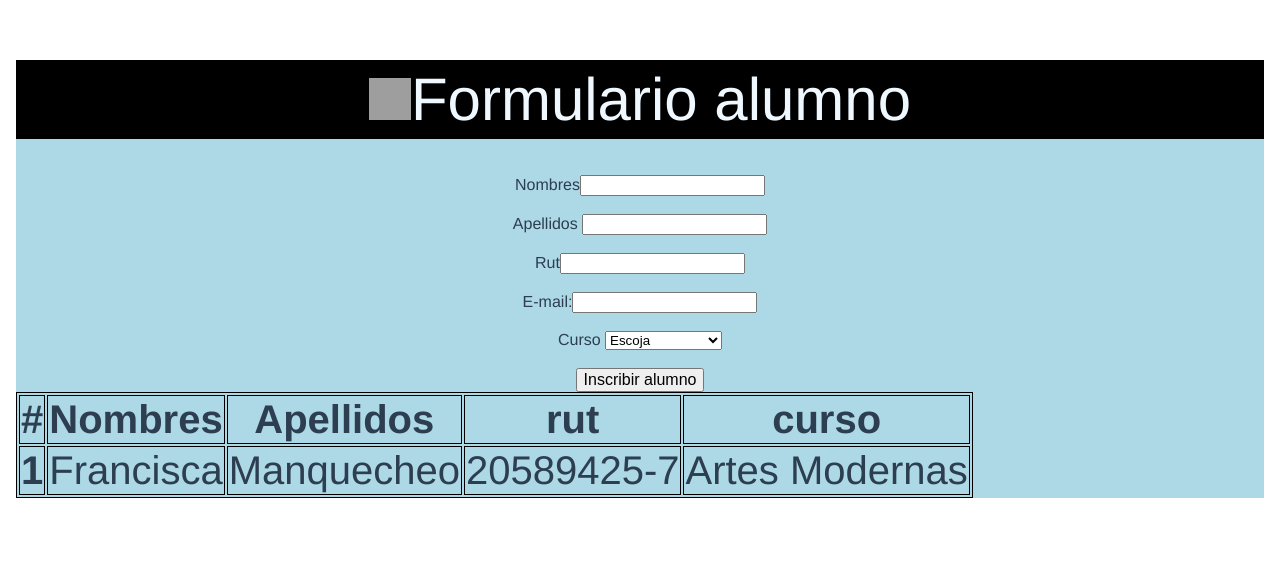
Repository: franciscamanquecheo/Tarea6ET
Page: / (app in my-project/)
The author's editor kept a copy of each file at every save. The page is drawn from the files as they stood at one save, then again after the next save.
The browser window is 1280 px wide. The pictures show the whole page.
Pictures or frames that could not be fetched are drawn as grey boxes. The project was rebuilt for these pictures with package versions that can differ from the ones it lists, and the page was loaded fresh each time. Also part of the build but not shown: my-project/vue.config.js.

Above is the page before, as saved 2022-06-19 23:43:13.

After the next save:
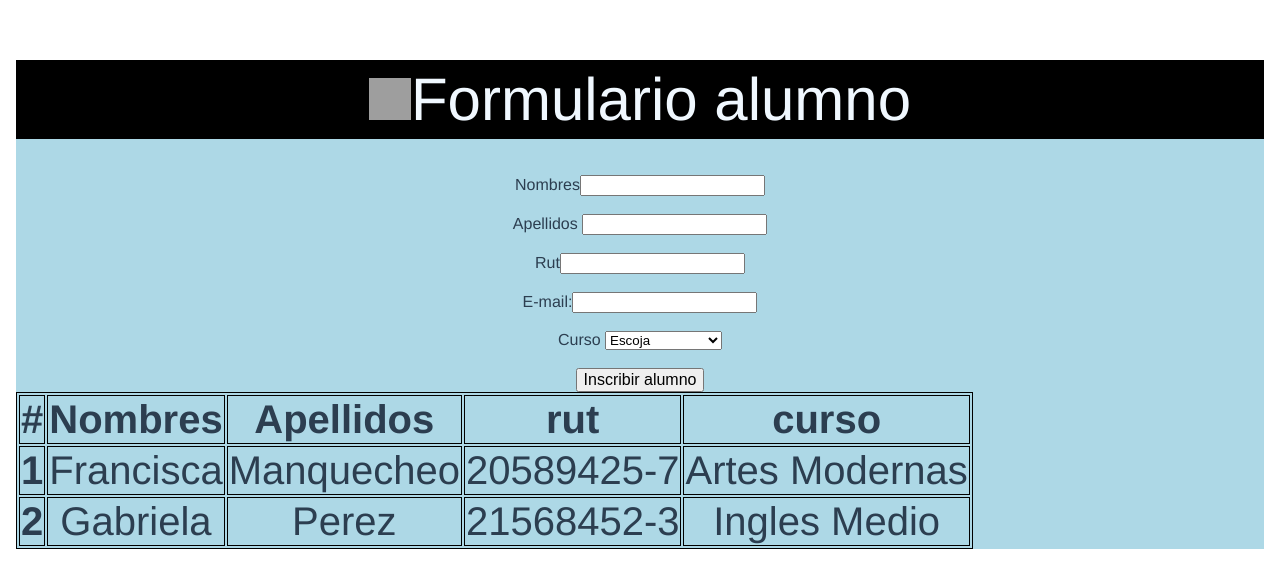
Saved 47 s later.
--- a/my-project/src/components/HelloWorld.vue
+++ b/my-project/src/components/HelloWorld.vue
@@ -59,7 +59,13 @@
       <td>20589425-7</td>
       <td>Artes Modernas</td>
     </tr>
-
+       <tr>
+      <th scope="row">2</th>
+      <td >Gabriela</td>
+      <td>Perez</td>
+      <td>21568452-3</td>
+      <td>Ingles Medio</td>
+    </tr>
     </tbody>
   </table>
   </body>
